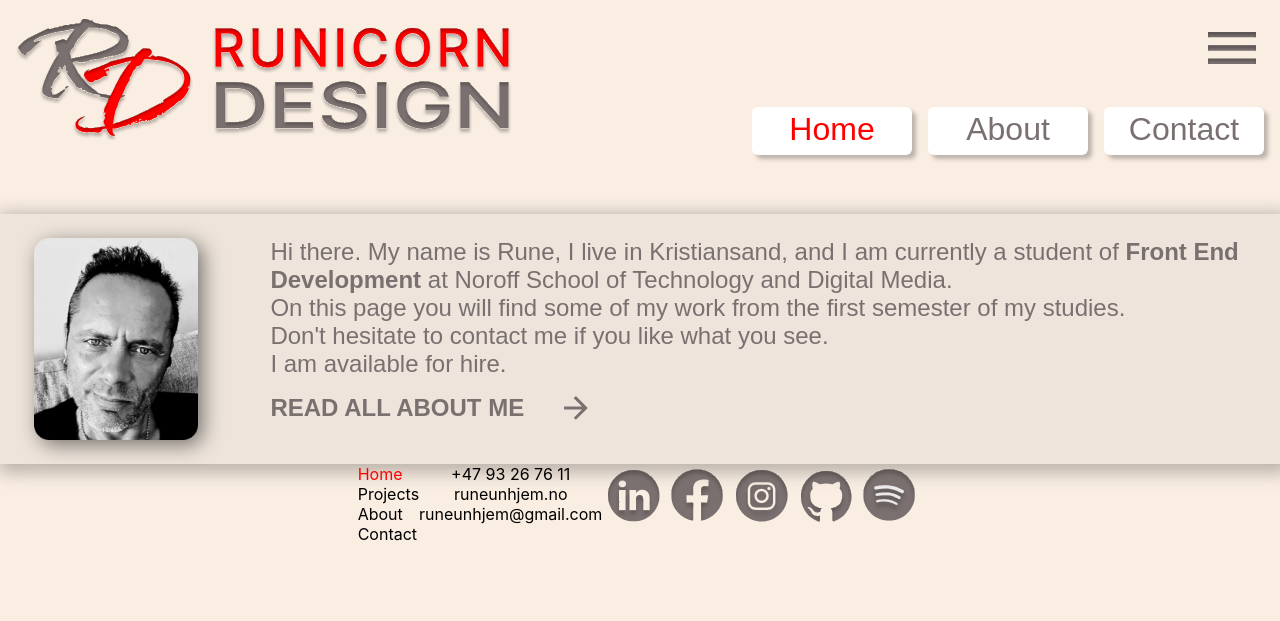
Repository: runeunhjem/portfolio1-ca
Page: index.html
An editor plug-in stored every save of this project. The page is shown before and after the next save, followed by the edit.
The browser window is 1280 px wide. The pictures show the whole page.
Some web fonts or font styles are not loaded; a fallback is used. The style sheet was rebuilt from its Sass, Less or Tailwind sources for each picture, by a compiler version that may differ from the author's.

Above is the page before, as saved 2023-06-01 10:57:31.

After the next save:
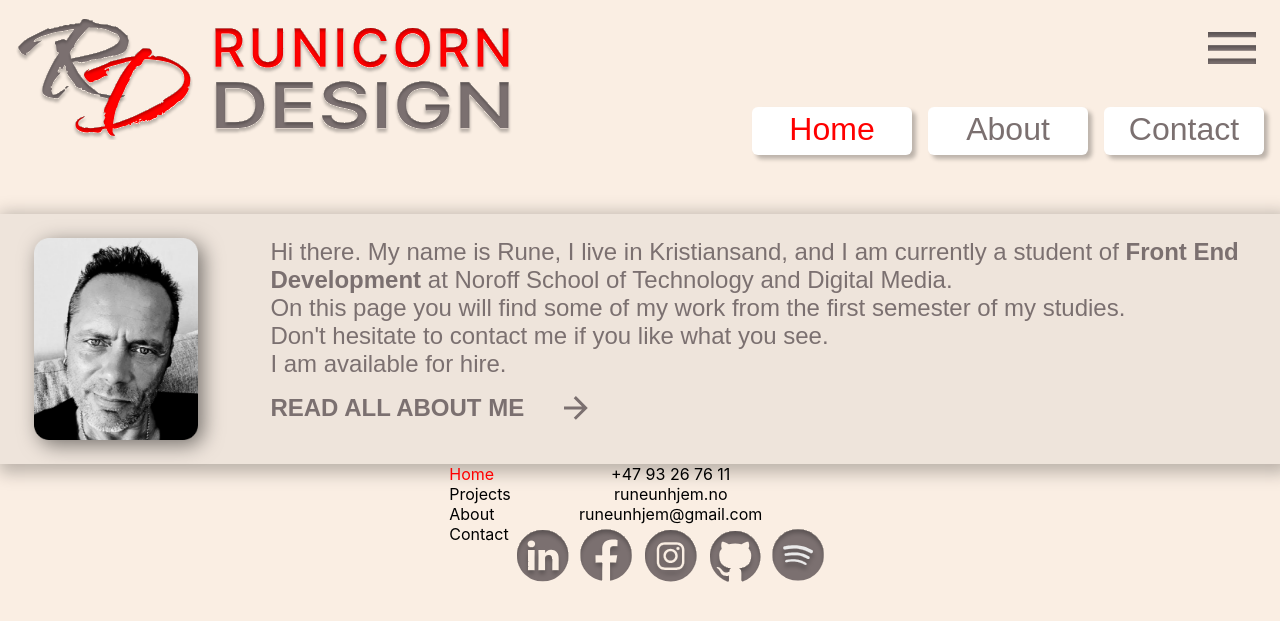
Saved 75 s later.
--- a/index.html
+++ b/index.html
@@ -69,23 +69,23 @@
       <p><a class="link-reset" href="tel:+4793267611">+47 93 26 76 11</a></p>
       <p><a class="link-reset" href="https://www.runeunhjem.no">runeunhjem.no</a></p>
       <p><a class="link-reset" href="mailto:runeunhjem@gmail.com">runeunhjem@gmail.com</a></p>
-    </div>
-    <div class="social flex">
-      <a class="link-reset" href="https://www.linkedin.com/in/runeunhjem/" target="_blank">
-        <img class="social-icon" src="images/ico-linkedin.svg" alt="LinkedIn">
-      </a>
-      <a class="link-reset" href="https://www.facebook.com/runeunhjem" target="_blank">
-        <img class="social-icon" src="images/ico-facebook.svg" alt="Facebook">
-      </a>
-      <a class="link-reset" href="https://www.instagram.com/runeunhjem/" target="_blank">
-        <img class="social-icon" src="images/ico-instagram.svg" alt="Instagram">
-      </a>
-      <a class="link-reset" href="https://www.github.com/runeunhjem/" target="_blank">
-        <img class="social-icon" src="images/ico-github.svg" alt="GitHub">
-      </a>
-      <a class="link-reset" href="https://open.spotify.com/artist/56ZSG2Q1JKydX5X9rTZxrq?si=787xAZCQT2yu8PKN5Dhopw" target="_blank">
-        <img class="social-icon" src="images/ico-spotify.svg" alt="Spotify">
-      </a>
+      <div class="social flex">
+        <a class="link-reset" href="https://www.linkedin.com/in/runeunhjem/" target="_blank">
+          <img class="social-icon" src="images/ico-linkedin.svg" alt="LinkedIn">
+        </a>
+        <a class="link-reset" href="https://www.facebook.com/runeunhjem" target="_blank">
+          <img class="social-icon" src="images/ico-facebook.svg" alt="Facebook">
+        </a>
+        <a class="link-reset" href="https://www.instagram.com/runeunhjem/" target="_blank">
+          <img class="social-icon" src="images/ico-instagram.svg" alt="Instagram">
+        </a>
+        <a class="link-reset" href="https://www.github.com/runeunhjem/" target="_blank">
+          <img class="social-icon" src="images/ico-github.svg" alt="GitHub">
+        </a>
+        <a class="link-reset" href="https://open.spotify.com/artist/56ZSG2Q1JKydX5X9rTZxrq?si=787xAZCQT2yu8PKN5Dhopw" target="_blank">
+          <img class="social-icon" src="images/ico-spotify.svg" alt="Spotify">
+        </a>
+      </div>
     </div>
     <div class="footer-right flex">
       <div class="footer-logo flex"></div>
